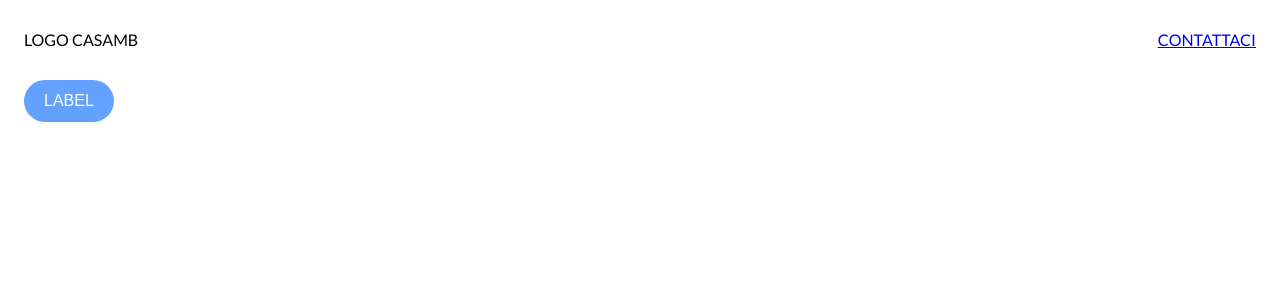
Repository: nicolorz/casamb
Page: /
An editor plug-in stored every save of this project. The page is shown before and after the next save, followed by the edit.
The browser window is 1280 px wide. The pictures show the whole page.
The project was rebuilt for these pictures with package versions that can differ from the ones it lists, and the page was loaded fresh each time. Also part of the build but not shown: src/index.css, src/App.css.

Above is the page before, as saved 2023-07-18 17:43:04.

### src/index.js
import React from 'react';
import ReactDOM from 'react-dom/client';
import './index.css';
import './assets/css/reset.css'
import './assets/css/style.css'
import App from './App';
import reportWebVitals from './reportWebVitals';

const root = ReactDOM.createRoot(document.getElementById('root'));
root.render(
  <React.StrictMode>
    <App />
  </React.StrictMode>
);

// If you want to start measuring performance in your app, pass a function
// to log results (for example: reportWebVitals(console.log))
// or send to an analytics endpoint. Learn more: https://bit.ly/CRA-vitals
reportWebVitals();

### src/assets/css/style.css
@import url('https://fonts.googleapis.com/css2?family=Lato:ital,wght@0,300;0,400;0,700;1,300;1,400;1,700&display=swap');

html, body {
  margin: 0;
  padding: 0;
  font-size: 16px;
  font-family: 'Lato', sans-serif;
}

.main-wrapper {
  width: 100vw;
  height: 100vh;
  background-color: #fff;
/*   display: flex;
  flex-flow: row nowrap; */
}

/* .sidebar {
  flex: 1;
  background-color: #f6f6f6;
  display: flex;
  flex-flow: column nowrap;
}

.card-wrapper {
  flex: 4;
  padding: 1rem;
  box-sizing: border-box;
  background-color: #EFF8FF;
  border: 1px solid #62A1FF;
  display: flex;
  flex-flow: row nowrap;
  align-items: flex-start;
  gap: 1rem;
}

.footer, .area-buttons {
  width: 100%;
  padding: 1rem;
  box-sizing: border-box;
  background-color: #EFF8FF;
  border: 1px solid #62A1FF;
}

.foooter {
  flex: 0 1 auto;
}

.area-buttons {
  flex: 1 0 auto;
}

.area-buttons {
  display: flex;
  flex-flow: column nowrap;
  gap: 0.5rem;
}

.area-buttons > button {
  align-self: flex-start;
}

.card {
  flex: 0 1 33%;
  padding: 1rem;
  background-color: #62A1FF;
  /* align-self: flex-start;
}

.card > img {
  width: 100%;
} */

### src/App.js
import logo from './logo.svg';
import './App.css';
import  {Header} from './components/HeaderWrapper/HeaderWrapper';

function App() {

  return (
    <div className="main-wrapper">
      <Header />
    </div>
  );
}

export default App;

### src/components/HeaderWrapper/HeaderWrapper.js
import './Header.css'
import { HeaderBottom } from './HeaderBottom'
import { HeaderTop } from './HeaderTop'

export const Header = () => {
    return <div className="header">
        <HeaderTop />
        <HeaderBottom />
    </div>
}

### src/components/HeaderWrapper/Header.css
.header {
    width: 100%;
    padding: 0 24px;
    box-sizing: border-box;
    position: fixed;
    top: 0;
    left: 0;
}

.header-top {
    width: 100%;
    display: flex;
    flex-flow: row nowrap;
    justify-content: space-between;
    align-items: center;
}

.header-top_logo {
    padding: 2rem 0;
}

.header-bottom {
    width: 100%;
}

### src/components/HeaderWrapper/HeaderBottom.js
import { SortingBtn } from "../SortingBtn/Sortingbtn"

export const HeaderBottom = () => {
    return (
        <div className="header-bottom">
            <SortingBtn />
        </div>
    )
}

### src/components/HeaderWrapper/HeaderTop.js
export const HeaderTop = () => {
    return <div className="header-top">
        <div className="header-top_logo">LOGO CASAMB</div>
        <a href="*" target="_self">CONTATTACI</a>
    </div>
}

### src/components/SortingBtn/Sortingbtn.js
import './Sortingbtn.css'

export const SortingBtn = () => (
  <button className="sorting-btn">LABEL</button>
);

### src/components/SortingBtn/Sortingbtn.css
.sorting-btn {
    background-color: #62A1FF;
    color: #fff;
    padding: 12px 20px;
    border: none;
    border-radius: 50px;
    -webkit-border-radius: 50px;
    -moz-border-radius: 50px;
    -ms-border-radius: 50px;
    -o-border-radius: 50px;
    font-size: 16px;
}

Loaded but not shown: public/index.html (common file); src/assets/css/reset.css (common file); src/reportWebVitals.js (common file)

After the next save:
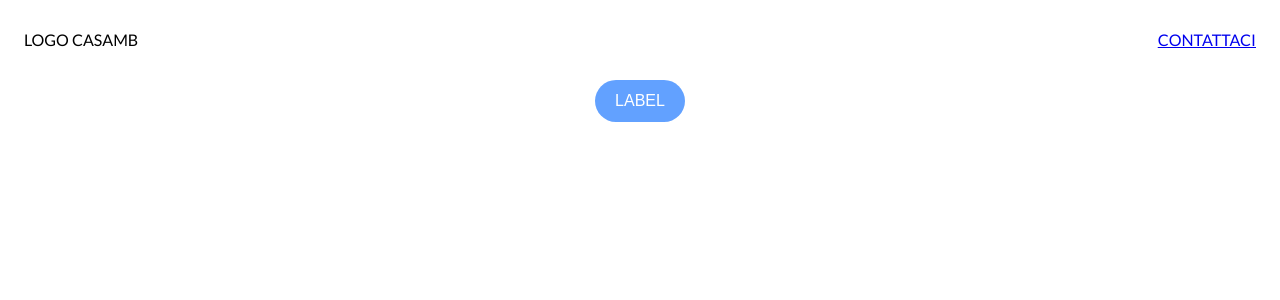
Saved 27 s later.
--- a/src/components/HeaderWrapper/Header.css
+++ b/src/components/HeaderWrapper/Header.css
@@ -21,4 +21,7 @@
 
 .header-bottom {
     width: 100%;
+    display: flex;
+    flex-flow: column nowrap;
+    align-items: center;
 }
